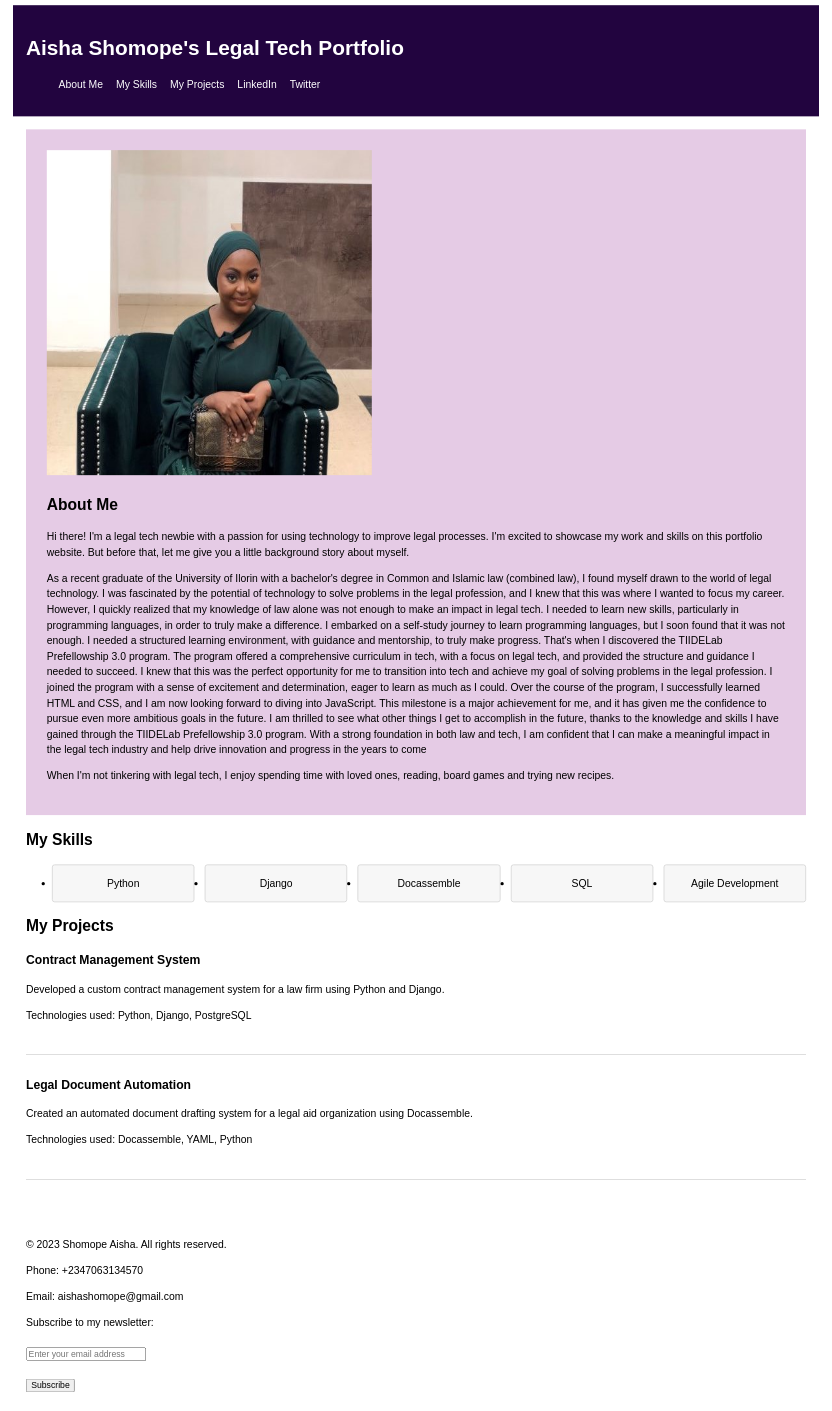
Repository: Iyewande/AishasPortfolio
Page: Index.html
An editor plug-in stored every save of this project. The page is shown before and after the next save, followed by the edit.
The browser window is 1280 px wide. The pictures show the whole page, at 65% of full size.

Above is the page before, as saved 2023-04-30 20:34:26.

After the next save:
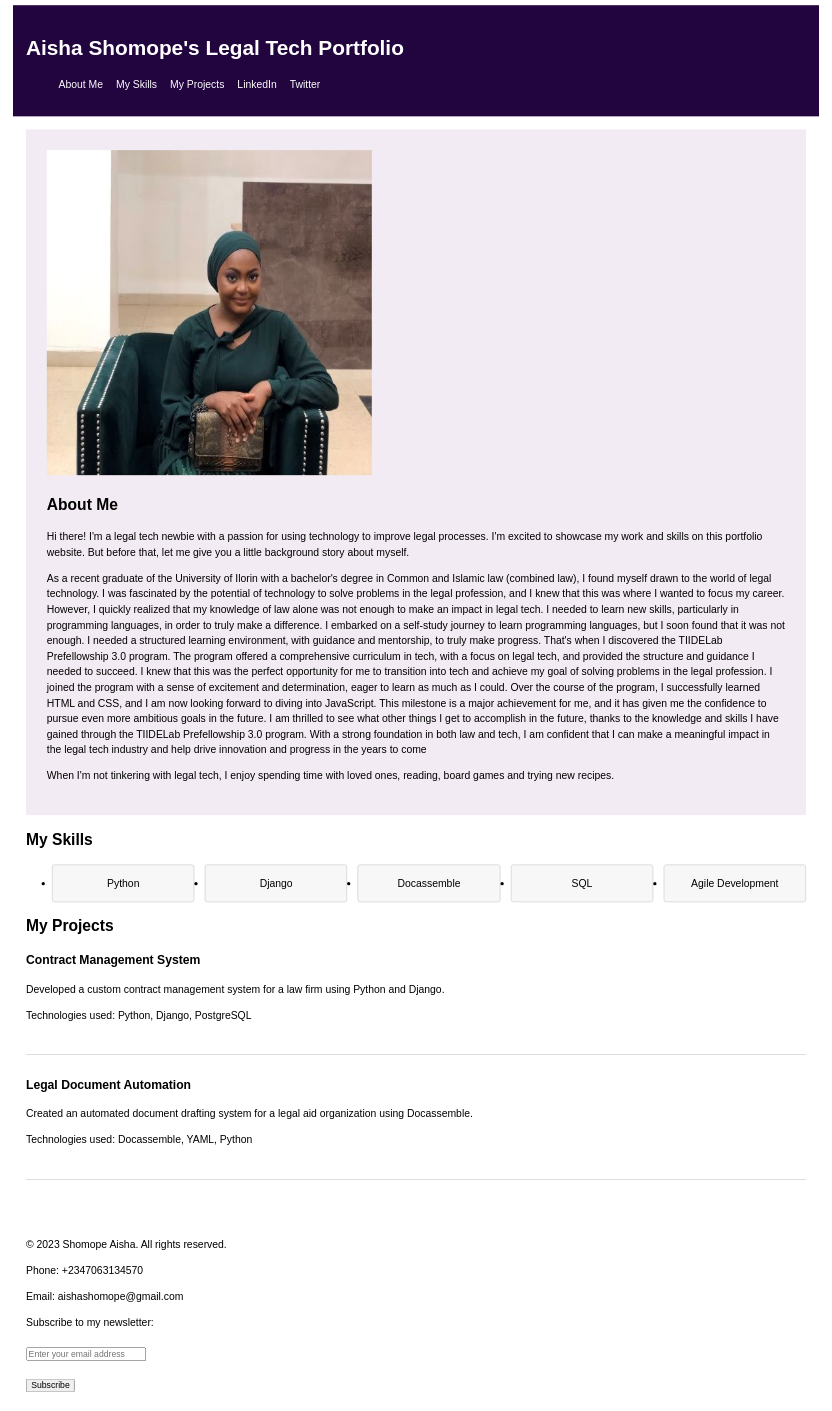
Saved 34 s later.
--- a/Style.css
+++ b/Style.css
@@ -50,7 +50,7 @@ to display a list of skills. These styles are used to enhance the design and usa
   /* Specific styles */
 
   #about {
-    background-color: rgb(229, 203, 229);
+    background-color: rgb(243, 235, 243);
     padding: 2em;
   }
 
